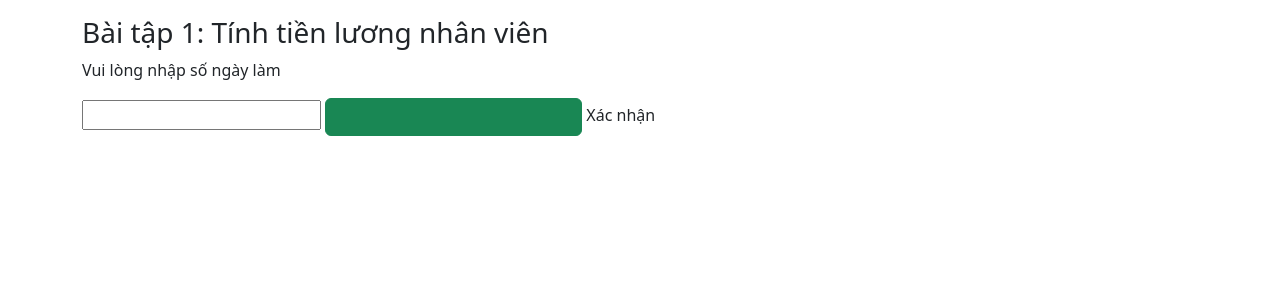
Repository: hcozyph/TranHuuPhuoc_BC43_BT_JS_Buoi2
Page: index.html
The author's editor kept a copy of each file at every save. The page is drawn from the files as they stood at one save, then again after the next save.
The browser window is 1280 px wide. The pictures show the whole page.

Above is the page before, as saved 2023-01-21 20:29:14.
Console error: ReferenceError: luongMotNgay is not defined

### index.html
<!DOCTYPE html>
<html lang="en">
    <head>
        <title>BT JS - Buoi 1</title>
        <!-- Required meta tags -->
        <meta charset="utf-8" />
        <meta
            name="viewport"
            content="width=device-width, initial-scale=1, shrink-to-fit=no"
        />

        <!-- Bootstrap CSS v5.2.1 -->
        <link
            href="https://cdn.jsdelivr.net/npm/bootstrap@5.2.1/dist/css/bootstrap.min.css"
            rel="stylesheet"
            integrity="sha384-iYQeCzEYFbKjA/T2uDLTpkwGzCiq6soy8tYaI1GyVh/UjpbCx/TYkiZhlZB6+fzT"
            crossorigin="anonymous"
        />

        <!-- FontAwesome 6.2.0 CSS -->
        <link
            rel="stylesheet"
            href="https://cdnjs.cloudflare.com/ajax/libs/font-awesome/6.2.0/css/all.min.css"
            integrity="sha512-xh6O/CkQoPOWDdYTDqeRdPCVd1SpvCA9XXcUnZS2FmJNp1coAFzvtCN9BmamE+4aHK8yyUHUSCcJHgXloTyT2A=="
            crossorigin="anonymous"
            referrerpolicy="no-referrer"
        />

        <!-- index.css -->
        <link rel="stylesheet" href="./style/index.css" />
    </head>

    <body>
        <div class="container">
            <div>
                <h1 class="fs-3 mt-3">Bài tập 1: Tính tiền lương nhân viên</h1>
                <p>Vui lòng nhập số ngày làm</p>
                <input type="text" id="soNgayLam" />
                <input
                    class="btn btn-success"
                    id="btnXacNhan"
                    onclick="inputSoNgayLam()"
                >
                    Xác nhận
                </input>
            </div>
        </div>

        <!-- Bootstrap JavaScript Libraries -->
        <script
            src="https://cdn.jsdelivr.net/npm/@popperjs/core@2.11.6/dist/umd/popper.min.js"
            integrity="sha384-oBqDVmMz9ATKxIep9tiCxS/Z9fNfEXiDAYTujMAeBAsjFuCZSmKbSSUnQlmh/jp3"
            crossorigin="anonymous"
        ></script>

        <script
            src="https://cdn.jsdelivr.net/npm/bootstrap@5.2.1/dist/js/bootstrap.min.js"
            integrity="sha384-7VPbUDkoPSGFnVtYi0QogXtr74QeVeeIs99Qfg5YCF+TidwNdjvaKZX19NZ/e6oz"
            crossorigin="anonymous"
        ></script>

        <!-- index.js -->
        <script src="./index.js"></script>
    </body>
</html>

### index.js
//input
soNgayLam
luongMotNgay
function inputSoNgayLam () {
    var soNgayLam = document.getElementById('soNgayLam');
    var luongMotNgay = 100000;
    var tienLuong = soNgayLam * luongMotNgay
    soNgayLam.innerHTML= soNgayLam
}

Loaded but not shown: style/index.css (no stored copy; drawn as an empty file)

After the next save:
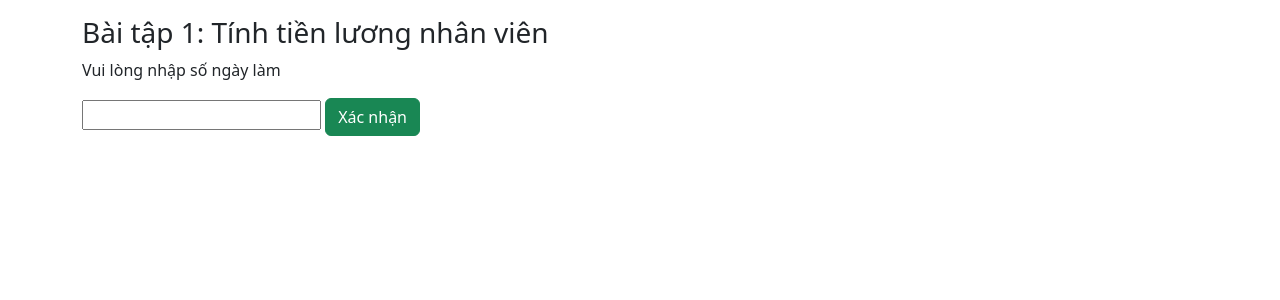
Saved 6 s later.
--- a/index.html
+++ b/index.html
@@ -36,13 +36,13 @@
                 <h1 class="fs-3 mt-3">Bài tập 1: Tính tiền lương nhân viên</h1>
                 <p>Vui lòng nhập số ngày làm</p>
                 <input type="text" id="soNgayLam" />
-                <input
+                <button
                     class="btn btn-success"
                     id="btnXacNhan"
                     onclick="inputSoNgayLam()"
                 >
                     Xác nhận
-                </input>
+                </button>
             </div>
         </div>
 
